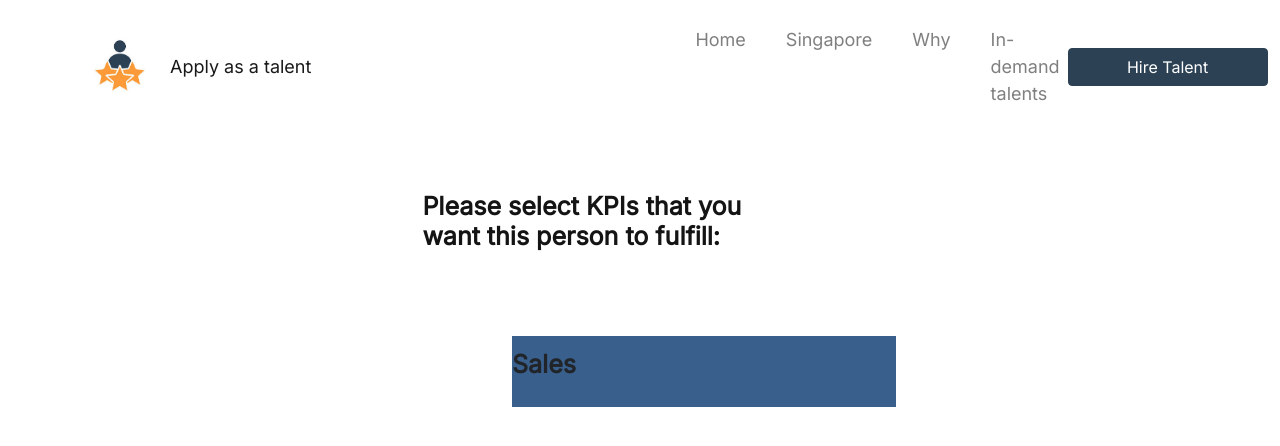
Repository: Ashwe9/talent-hire-reactJs
Page: /kpis
These files come from the project's save history. The page is drawn as it stood at one moment and after a run of saves; the edit follows.
The browser window is 1280 px wide. The pictures show the whole page.
The project was rebuilt for these pictures with package versions that can differ from the ones it lists, and the page was loaded fresh each time. A package was used in the major version that the imports need, not the one package.json lists. Also part of the build but not shown: src/homePage/components/TrustedBy/TrustedBy.css, src/homePage/components/TrustedBy/TrustedBy.js, src/homePage/components/Roles/Roles.css, src/homePage/components/Roles/Roles.js, src/homePage/components/homePageFooter/HomePageFooter.css, src/homePage/components/homePageFooter/HomePageFooter.js, src/homePage/HomePage.js, src/projectDetails/ProjectDetails.js.

Above is the page before, as saved 2022-08-18 13:59:45.

### public/index.html
<!DOCTYPE html>
<html lang="en">
  <head>
    <meta charset="utf-8" />
    <link rel="icon" href="%PUBLIC_URL%/favicon.ico" />
    <meta name="viewport" content="width=device-width, initial-scale=1" />
    <meta name="theme-color" content="#000000" />
    <meta
      name="description"
      content="Web site created using create-react-app"
    />
    <link rel="apple-touch-icon" href="%PUBLIC_URL%/logo192.png" />
    <link rel="manifest" href="%PUBLIC_URL%/manifest.json" />
    <link rel="stylesheet" href="https://stackpath.bootstrapcdn.com/bootstrap/4.4.1/css/bootstrap.min.css" integrity="sha384-Vkoo8x4CGsO3+Hhxv8T/Q5PaXtkKtu6ug5TOeNV6gBiFeWPGFN9MuhOf23Q9Ifjh" crossorigin="anonymous">
    <link href='https://fonts.googleapis.com/css?family=Inter' rel='stylesheet'>

    <title>App</title>
  </head>
  <body>
    <noscript>You need to enable JavaScript to run this app.</noscript>
    <div id="root"></div>
    <script src="https://code.jquery.com/jquery-3.4.1.slim.min.js" integrity="sha384-J6qa4849blE2+poT4WnyKhv5vZF5SrPo0iEjwBvKU7imGFAV0wwj1yYfoRSJoZ+n" crossorigin="anonymous"></script>
    <script src="https://cdn.jsdelivr.net/npm/popper.js@1.16.0/dist/umd/popper.min.js" integrity="sha384-Q6E9RHvbIyZFJoft+2mJbHaEWldlvI9IOYy5n3zV9zzTtmI3UksdQRVvoxMfooAo" crossorigin="anonymous"></script>
    <script src="https://stackpath.bootstrapcdn.com/bootstrap/4.4.1/js/bootstrap.min.js" integrity="sha384-wfSDF2E50Y2D1uUdj0O3uMBJnjuUD4Ih7YwaYd1iqfktj0Uod8GCExl3Og8ifwB6" crossorigin="anonymous"></script>  </body>
</html>

### src/App.js
import React from 'react'
import { BrowserRouter as Router, Route, Switch } from 'react-router-dom';
import { HomePage } from './homePage/HomePage';
import KPISPage from './kpisPage/KPISPage';
import ProjectDetails from './projectDetails/ProjectDetails';

function App() {
  return (
    <Router>
      <Switch>
        <Route exact path="/" component={HomePage} />
        <Route exact path="/kpis" component={KPISPage} />
        <Route exact path="/projectdetails" component={ProjectDetails} />
      </Switch>
    </Router>
  );
}

export default App;

### src/kpisPage/KPISPage.js
import React from 'react'
import './KPISPage.css'
import { Navbar } from '../shared-components/Navbar/Navbar'
import Header from './Header'
import DropDown from './DropDown'

const KPISPage = () => {
  return (
    <div>
      <Navbar />
      <Header />
      <DropDown title="Sales"/>
    </div>
  )
}

export default KPISPage

### src/shared-components/Navbar/Navbar.js
import React from 'react'
import './Navbar.css'

export const Navbar = () => {
  return (
    <nav className="navbar navbar-expand-lg navbar-light">
      <img src= {require('../../assets/icon.png')} className="icon"/>
      <a className="navbar-brand title" href="#">Apply as a talent</a>
      <button className="navbar-toggler" type="button" data-toggle="collapse" data-target="#navbarText" aria-controls="navbarText" aria-expanded="false" aria-label="Toggle navigation">
        <span className="navbar-toggler-icon"></span>
      </button>
      <div className="collapse navbar-collapse" id="navbarText">
        <ul className="navbar-nav mr-auto">
          <li className="nav-item">
            <a className="nav-link" href="#">Home</a>
          </li>
          <li className="nav-item">
            <a className="nav-link" href="#">Singapore</a>
          </li>
          <li className="nav-item">
            <a className="nav-link" href="#">Why</a>
          </li>
          <li className="nav-item">
            <a className="nav-link" href="#">In-demand talents</a>
          </li>
        </ul>
        <span className="navbar-text">
          <button className='btn btn-dark navbar-btn'>Hire Talent</button>
        </span>
      </div>
    </nav>
  )
}

### src/kpisPage/Header.js
import React from 'react'
import './Header.css'

const Header = () => {
  return (
    <div className='header-box'>
        <p className='header-by-title'>
            Please select KPIs that you want this person to fulfill:
        </p>
    </div>
  )
}

export default Header

### src/kpisPage/DropDown.js
import React from 'react'
import './DropDown.css'

const DropDown = ({title}) => {
  return (
    <div className='dropdown-box'>
        <p className='dropdown-title'>{title}</p>
    </div>
  )
}

export default DropDown

### src/shared-components/Navbar/Navbar.css
.icon{
    width: 80px;
}

.title{
    font-family: "Inter";
    font-style: normal;
    font-weight: 500;
    font-size: 18px;
    line-height: 28px;
    align-items: center;
    color: #444444;
    padding-left: 10px;
}

#navbarText{
    margin-left: 30%;
}
.navbar-items{
    margin: 0 35%;

}

.nav-item{
    font-family: "Inter";
    font-style: normal;
    font-weight: 500;
    font-size: 18px;
    align-items: center;
    color: #444444;
    padding-left: 24px;
}

.navbar-btn{
    font-family: "Inter";
    font-style: bold;
    background: #2c4154;
    /* padding: 5px 50px; */
    border-color: #2c4154;
    width: 200px;
}

.navbar{
    margin: 10px 5%;
}

@media only screen and (max-width: 600px) {
    body {
      background-color: lightblue;
    }
  }

### src/kpisPage/Header.css
.header-box{
    margin: 30px 30%;
    padding: 3%;
    align-items: center;
    width: 35%;
}

.header-by-title{
    font-family: "Inter";
    font-style: bolder;
    font-weight: 700;
    font-size: 25px;
    line-height: 30px;
    align-items: center;
    color: #141414;
}


@media only screen and (max-width: 700px) {

    .header-by-title{
        font-size: 16px;
    }

    .header-box{
        margin-left: 90px;
        width: 100%;
    }
  }
@media only screen and (max-width: 450px) {
    .header-by-title{
        font-size: 13px;
    }
    .header-box{
        margin-left: 70px;
        width: 100%;
    }
}

### src/kpisPage/DropDown.css
.dropdown-box{
    margin: 10px 40%;
    align-items: center;
    padding-top: 1%;
    padding-bottom: 1%;
    width: 30%;
    background-color: #395f8c;
}

.dropdown-title{
    font-family: "Inter";
    font-style: bolder;
    font-weight: 900;
    font-size: 25px;
    line-height: 30px;
    align-items: center;
}


@media only screen and (max-width: 700px) {

    .dropdown-by-title{
        font-size: 16px;
    }

    .dropdown-box{
        margin-left: 90px;
        width: 100%;
    }
  }
@media only screen and (max-width: 450px) {
    .dropdown-by-title{
        font-size: 13px;
    }
    .dropdown-box{
        margin-left: 70px;
        width: 100%;
    }
}

Loaded but not shown: src/index.js (common file); src/reportWebVitals.js (common file); src/index.css (no stored copy; drawn as an empty file); src/kpisPage/KPISPage.css (no stored copy; drawn as an empty file)

After the next 4 saves:
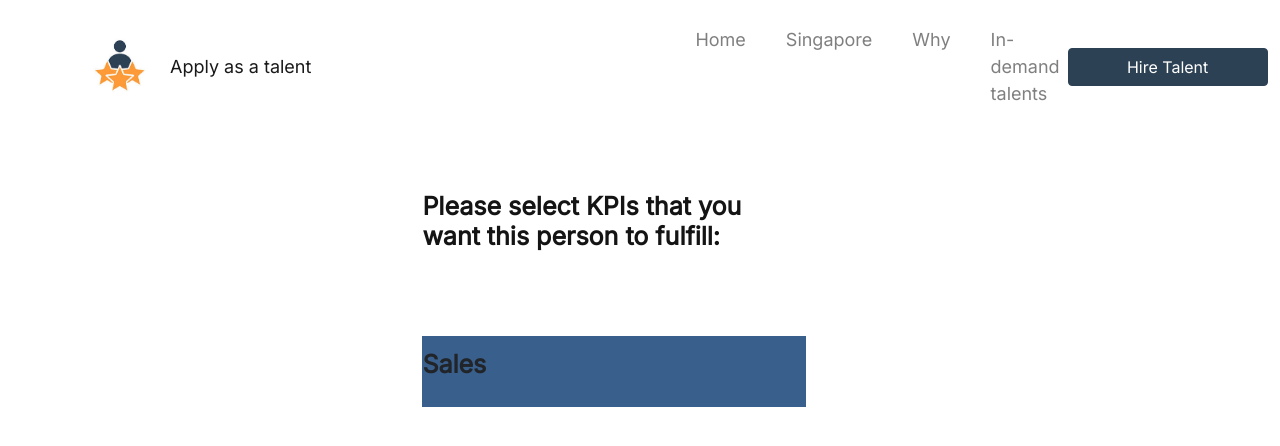
The 4 saves are shown as one change because they came seconds apart.
The last was saved 12 s later.
--- a/src/kpisPage/DropDown.css
+++ b/src/kpisPage/DropDown.css
@@ -1,5 +1,5 @@
 .dropdown-box{
-    margin: 10px 40%;
+    margin: 10px 33%;
     align-items: center;
     padding-top: 1%;
     padding-bottom: 1%;
